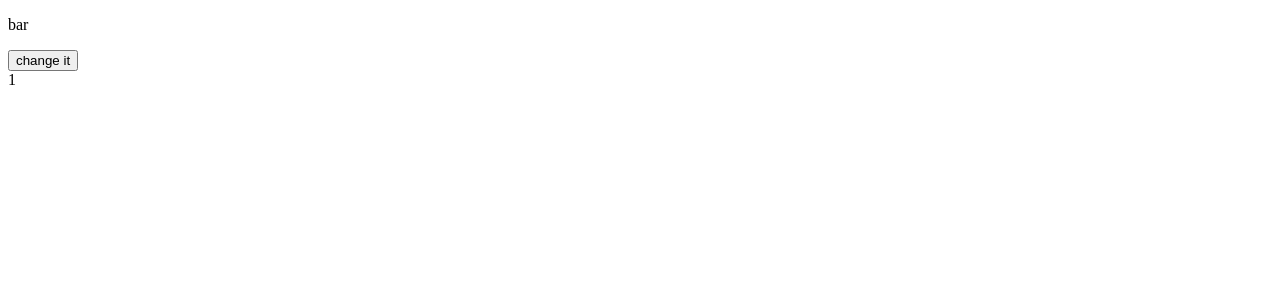
Repository: AlanPeng97/vue2.x-learning
Page: vueInstance/dataAndMethod.html
These files come from the project's save history. The page is drawn as it stood at one moment and after the next save; the edit follows.
The browser window is 1280 px wide. The pictures show the whole page.
Some web libraries are served in a nearby version.

Above is the page before, as saved 2024-01-28 17:59:37.

### vueInstance/dataAndMethod.html
<!DOCTYPE html>
<html lang="en">
  <head>
    <meta charset="UTF-8" />
    <meta name="viewport" content="width=device-width, initial-scale=1.0" />
    <title>DataAndMethod</title>
    <script src="https://cdn.jsdelivr.net/npm/vue@2.7.16/dist/vue.js"></script>
  </head>
  <body>
    <div id="app">
      <p>{{foo}}</p>
      <button v-on:click="foo = 'baz'">change it</button>
    </div>
    <div id="example">{{a}}</div>
    <script type="text/javascript">
      // 数据对象
      var data = { a: 1, n: "" };

      // 数据对象被加入到Vue实例中
      var vm = new Vue({
        data: data,
      });

      // 实例上的property返回源数据对应的字段
      console.log(vm.a == data.a); // true

      // 修改实例上的property,会影响原始数据,反之亦然
      vm.a = 2;
      console.log(data.a);

      data.a = 3;
      console.log(vm.a);

      // 实例被创建时已存在于data中的property才是响应式的, 如果添加一个新的property, 将不会触发任何视图更新
      vm.b = "hi";

      // 如果后续需要用到一些property, 则一开始设置一些初始值, 为空或者不存在.
      data = {
        a: "",
        b: [],
      };

      // 使用Object.freeze()的对象会失去响应式
      var obj = {
        foo: "bar",
      };

      Object.freeze(obj);

      new Vue({
        el: "#app",
        data: obj,
      });

      // 除了数据 property，Vue 实例还暴露了一些有用的实例 property 与方法。它们都有前缀 $，以便与用户定义的 property 区分开来

      var data2 = { a: 1 };
      var vm1 = new Vue({
        el: "#example",
        data: data2,
      });

      console.log(vm.$data === data2);

      vm1.$el === document.getElementById("example");

      vm1.$watch("a", function (newVal, oldVal) {
        console.log(newVal, oldVal);
      });
    </script>
  </body>
</html>

After the next save:
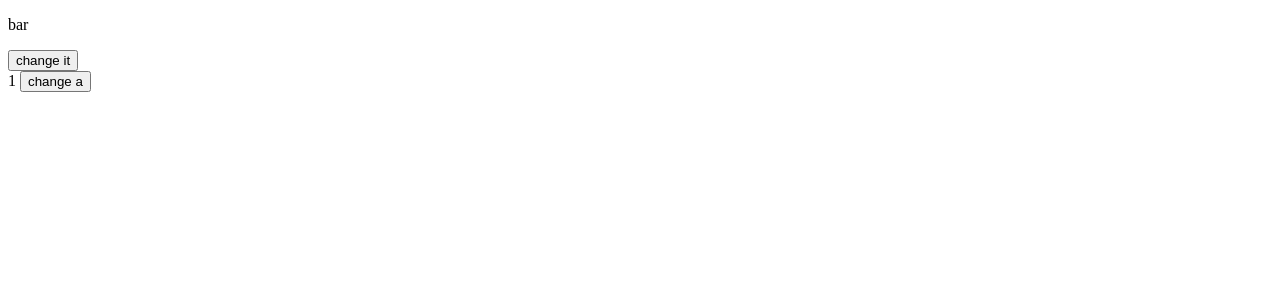
Saved 90 s later.
--- a/vueInstance/dataAndMethod.html
+++ b/vueInstance/dataAndMethod.html
@@ -11,7 +11,10 @@
       <p>{{foo}}</p>
       <button v-on:click="foo = 'baz'">change it</button>
     </div>
-    <div id="example">{{a}}</div>
+    <div id="example">
+      <span>{{a}}</span>
+      <button v-on:click="a++">change a</button>
+    </div>
     <script type="text/javascript">
       // 数据对象
       var data = { a: 1, n: "" };
@@ -60,7 +63,7 @@
         data: data2,
       });
 
-      console.log(vm.$data === data2);
+      console.log(vm1.$data === data2);
 
       vm1.$el === document.getElementById("example");
 
